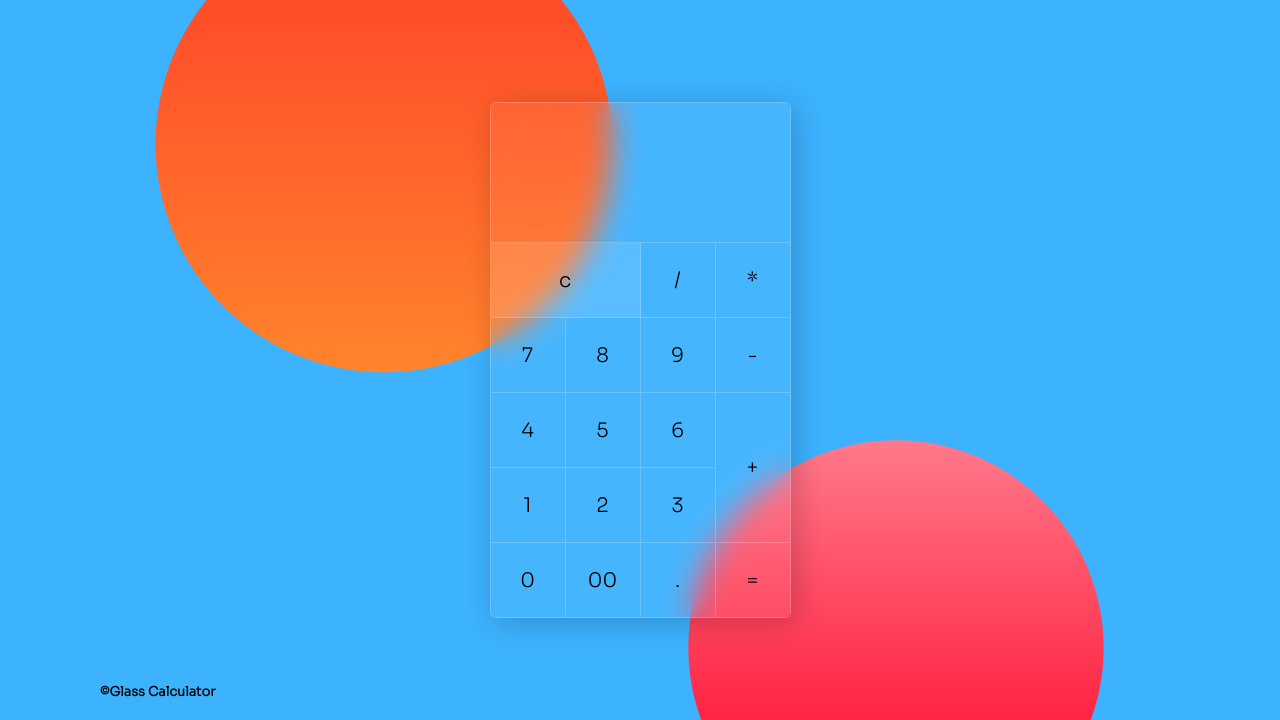
Repository: tharunkumaar404/Glass-Calci
Page: index.html
These files come from the project's save history. The page is drawn as it stood at one moment and after the next save; the edit follows.
The browser window is 1280 px wide. The pictures show the whole page.

Above is the page before, as saved 2021-08-26 15:24:50.

After the next save:
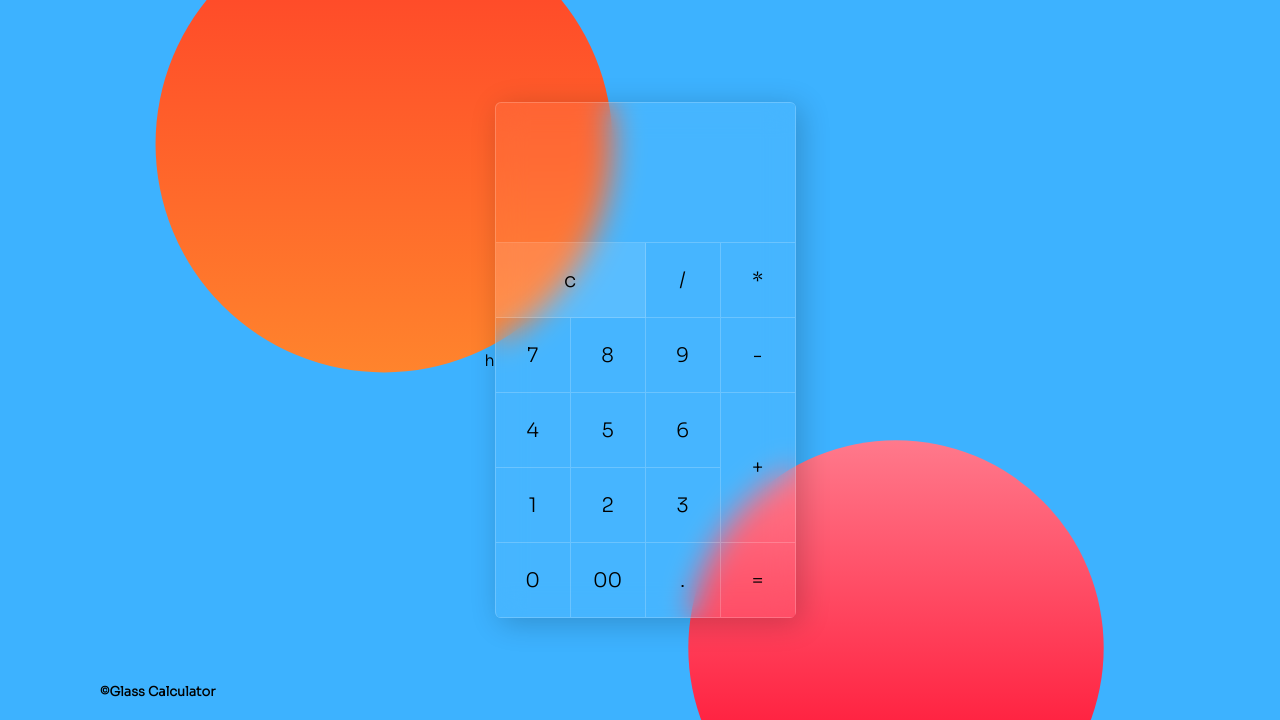
Saved 54 s later.
--- a/index.html
+++ b/index.html
@@ -4,8 +4,8 @@
     <meta charset="UTF-8">
     <meta http-equiv="X-UA-Compatible" content="IE=edge">
     <meta name="viewport" content="width=device-width, initial-scale=1.0">
-    <link rel="icon" href="https://img.icons8.com/material-outlined/48/000000/calculator--v2.png" type="image/x-icon" class="icon">
-    <title>Calculator</title>
+    <link rel="icon" href="https://img.icons8.com/fluency/48/000000/calculator.png" type="image/x-icon" class="icon">
+    <title>Calculator</title>h
     <link rel="stylesheet" href="styles.css">
 </head>
 <body>
